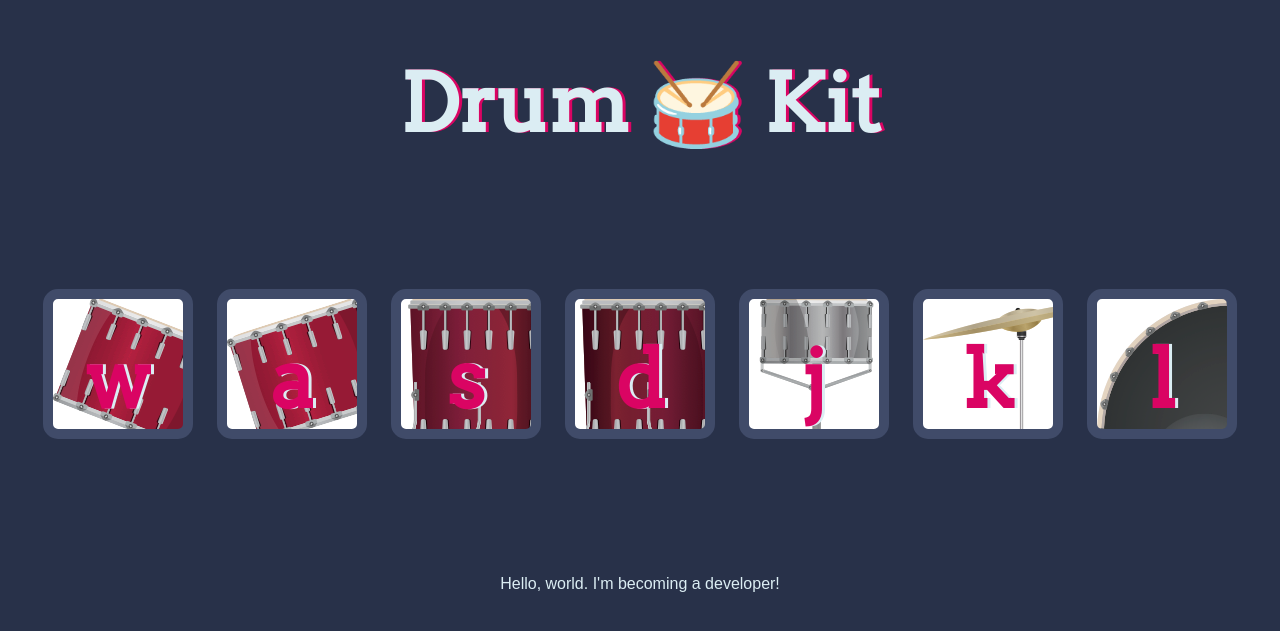
Repository: doncsar/yu-frontend-bootcamp
Page: 17-drumkit/index.html
An editor plug-in stored every save of this project. The page is shown before and after the next save, followed by the edit.
The browser window is 1280 px wide. The pictures show the whole page.
After loading, the first visible `button.w` was clicked once.

Above is the page before, as saved 2024-01-27 19:34:04.
Console error (its wording comes from the project's code and is left out).

### 17-drumkit/index.html
<!DOCTYPE html>
<html lang="en">
   <head>
      <meta charset="UTF-8" />
      <meta name="viewport" content="width=device-width, initial-scale=1.0" />
      <title>Drum Kit</title>
      <link rel="stylesheet" href="style.css" />
      <script src="script.js" defer></script>
      <link
         href="https://fonts.googleapis.com/css?family=Arvo"
         rel="stylesheet"
      />
   </head>
   <body>
      <h1 id="title">Drum 🥁 Kit</h1>
      <div class="set">
         <button class="w drum">w</button>
         <button class="a drum">a</button>
         <button class="s drum">s</button>
         <button class="d drum">d</button>
         <button class="j drum">j</button>
         <button class="k drum">k</button>
         <button class="l drum">l</button>
      </div>
      <footer>Hello, world. I'm becoming a developer!</footer>
   </body>
</html>

### 17-drumkit/style.css
body {
   text-align: center;
   background-color: #283149;
}

h1 {
   font-size: 5rem;
   color: #dbedf3;
   font-family: 'Arvo', cursive;
   text-shadow: 3px 0 #da0463;
}

footer {
   color: #dbedf3;
   font-family: sans-serif;
}

.w {
   background-image: url('./resources/images/tom1.png');
}

.a {
   background-image: url('resources/images/tom2.png');
}

.s {
   background-image: url('resources/images/tom3.png');
}

.d {
   background-image: url('resources/images/tom4.png');
}

.j {
   background-image: url('resources/images/snare.png');
}

.k {
   background-image: url('resources/images/crash.png');
}

.l {
   background-image: url('resources/images/kick.png');
}

.set {
   margin: 10% auto;
}

.game-over {
   background-color: red;
   opacity: 0.8;
}

.pressed {
   box-shadow: 0 3px 4px 0 #dbedf3;
   opacity: 0.5;
}

.red {
   color: red;
}

.drum {
   outline: none;
   border: 10px solid #404b69;
   font-size: 5rem;
   font-family: 'Arvo', cursive;
   line-height: 2;
   font-weight: 900;
   color: #da0463;
   text-shadow: 3px 0 #dbedf3;
   border-radius: 15px;
   display: inline-block;
   width: 150px;
   height: 150px;
   text-align: center;
   margin: 10px;
   background-color: white;
}

### 17-drumkit/script.js
const drums = document.querySelectorAll('.drum')

function handleCLick() {
   let buttonId = this.innerHTML;
   this.style.color = 'white'
   setTimeout(this.style.color = '#da0463', 1000)
   // const drumSound = new Audio('resources/sounds/tom-1.mp3')
   // drumSound.play()
}
console.log(drums);

drums.forEach(drum => drum.addEventListener('click', handleCLick))

After the next save:
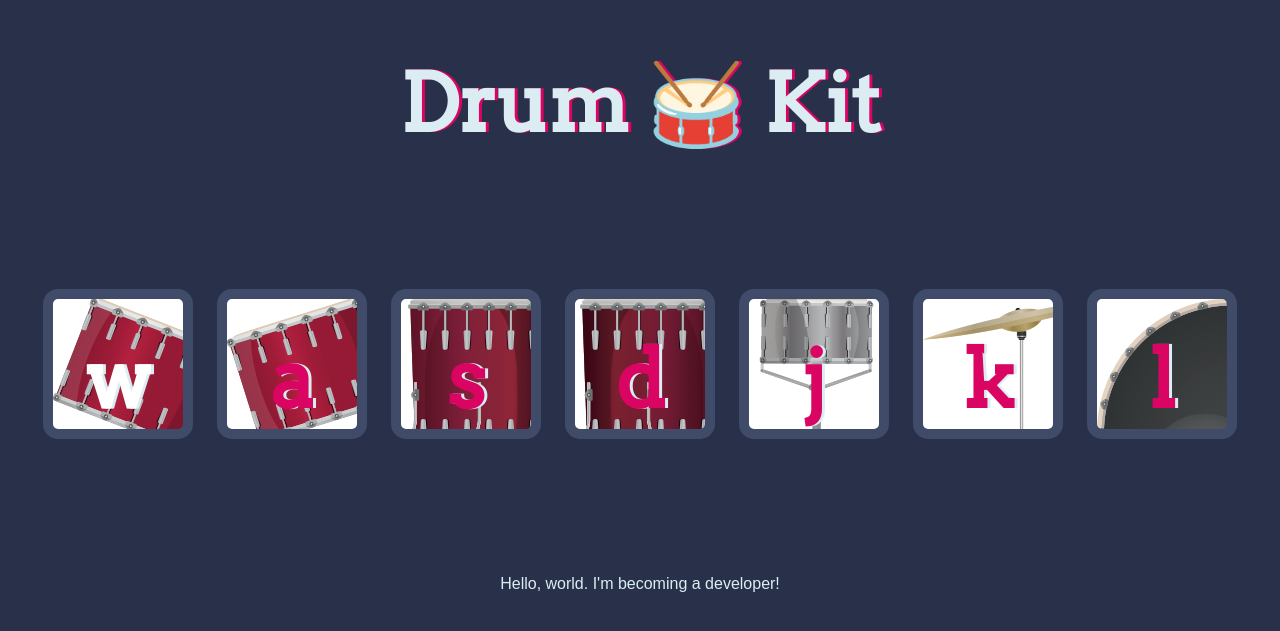
Console error: ReferenceError: da0463 is not defined
Saved 14 s later.
--- a/17-drumkit/script.js
+++ b/17-drumkit/script.js
@@ -3,7 +3,7 @@
 function handleCLick() {
    let buttonId = this.innerHTML;
    this.style.color = 'white'
-   setTimeout(this.style.color = '#da0463', 1000)
+   setTimeout(this.style.color = 'da0463', 1000)
    // const drumSound = new Audio('resources/sounds/tom-1.mp3')
    // drumSound.play()
 }

After the save that followed:
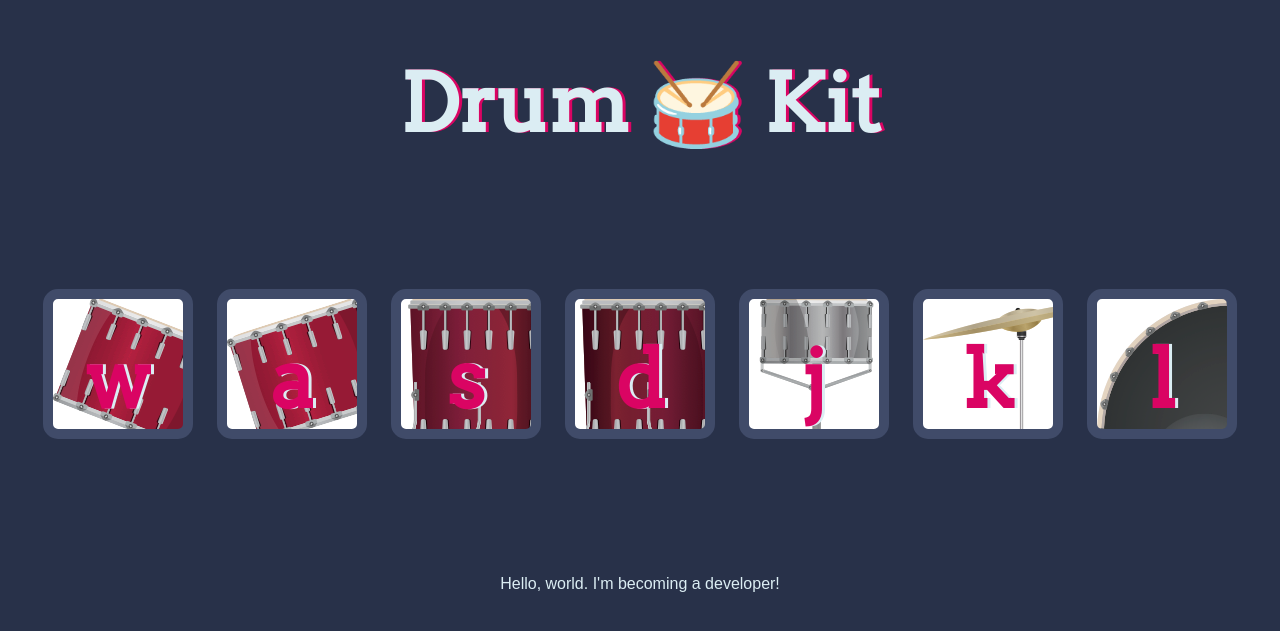
Console error (its wording comes from the project's code and is left out).
Saved 12 s later.
--- a/17-drumkit/script.js
+++ b/17-drumkit/script.js
@@ -3,7 +3,7 @@
 function handleCLick() {
    let buttonId = this.innerHTML;
    this.style.color = 'white'
-   setTimeout(this.style.color = 'da0463', 1000)
+   setTimeout(this.style.color = '#da0463', 1000)
    // const drumSound = new Audio('resources/sounds/tom-1.mp3')
    // drumSound.play()
 }
